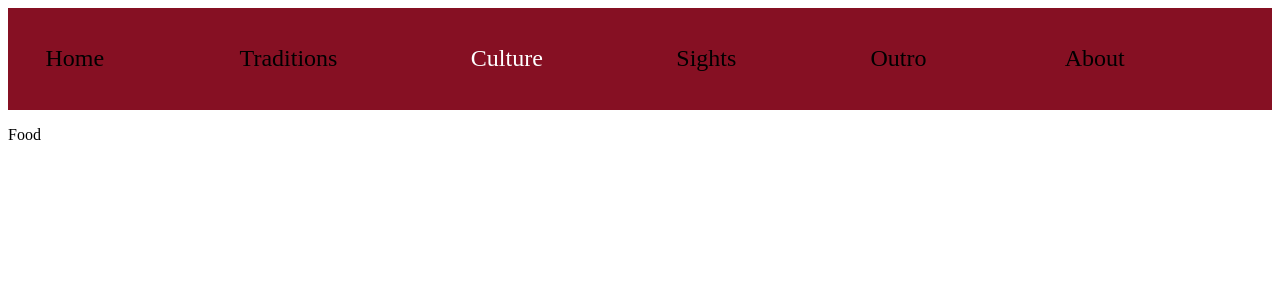
Repository: Cornman63/The-netherlands
Page: culture2.html
An editor plug-in stored every save of this project. The page is shown before and after the next save, followed by the edit.
The browser window is 1280 px wide. The pictures show the whole page.

Above is the page before, as saved 2023-05-26 11:10:49.

After the next save:
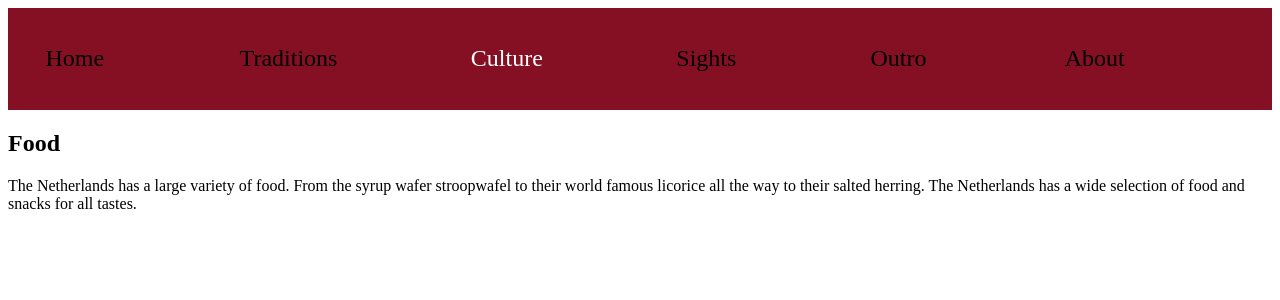
Saved 18 s later.
--- a/culture2.html
+++ b/culture2.html
@@ -17,8 +17,8 @@
         <div class="site"><a href="about.html" class="link">About</a></div>
     </div>
     <div class="foodstart">
-        <p>Food</p>
-        <p></p>
+        <h2>Food</h2>
+        <p>The Netherlands has a large variety of food. From the syrup wafer stroopwafel to their world famous licorice all the way to their salted herring. The Netherlands has a wide selection of food and snacks for all tastes.</p>
     </div>
 </body>
 </html>
